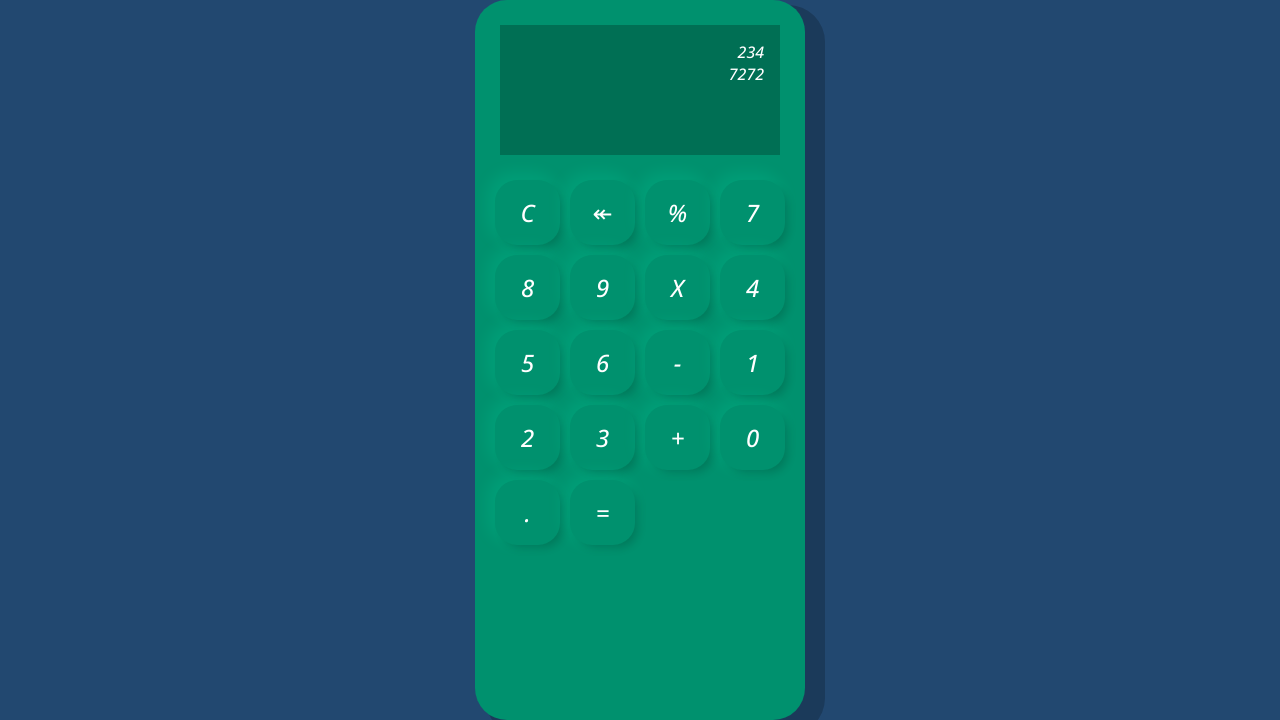
Repository: jhonenmanuel1/javaScript-calculator
Page: src/index.html
The author's editor kept a copy of each file at every save. The page is drawn from the files as they stood at one save, then again after the next save.
The browser window is 1280 px wide. The pictures show the whole page.

Above is the page before, as saved 2022-08-02 23:39:25.

After the next save:
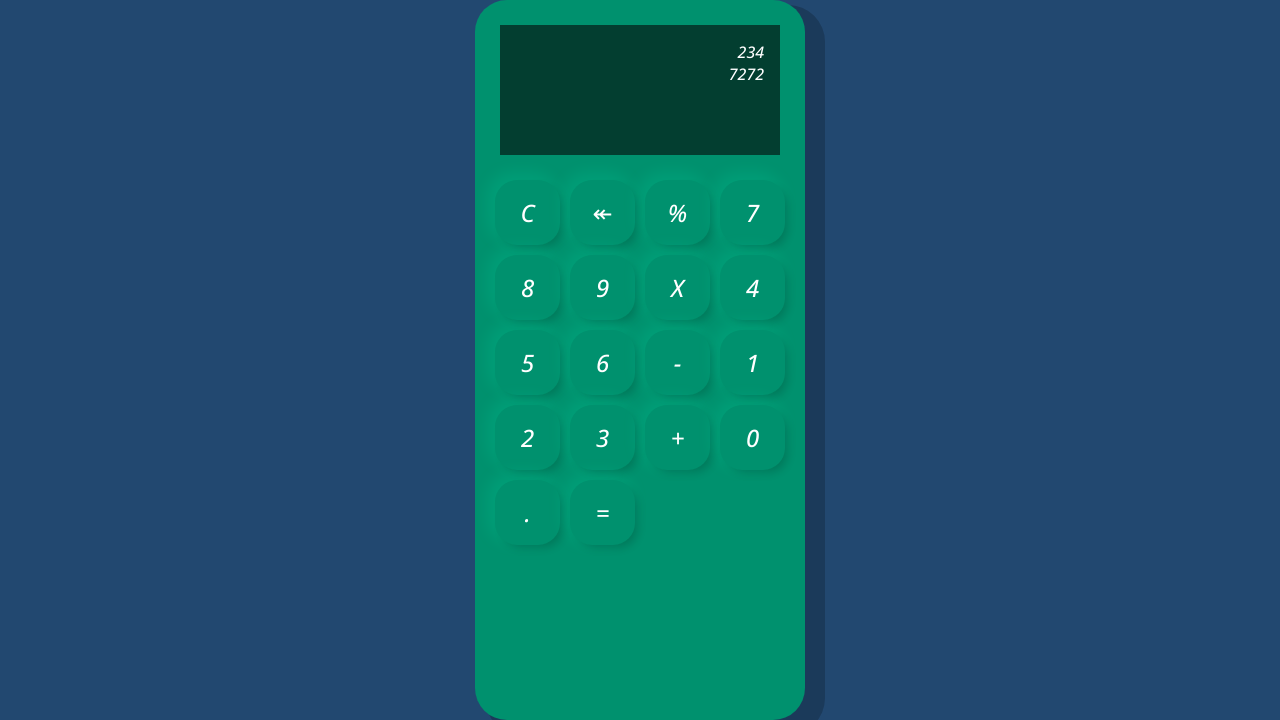
Saved 17 s later.
--- a/src/styles.css
+++ b/src/styles.css
@@ -43,5 +43,5 @@ button:active{
     margin: 10px 10px 20px;
     flex-direction: column;
     align-items: flex-end ;
-    background-color: #006f54;
+    background-color: #033e30;
 }
